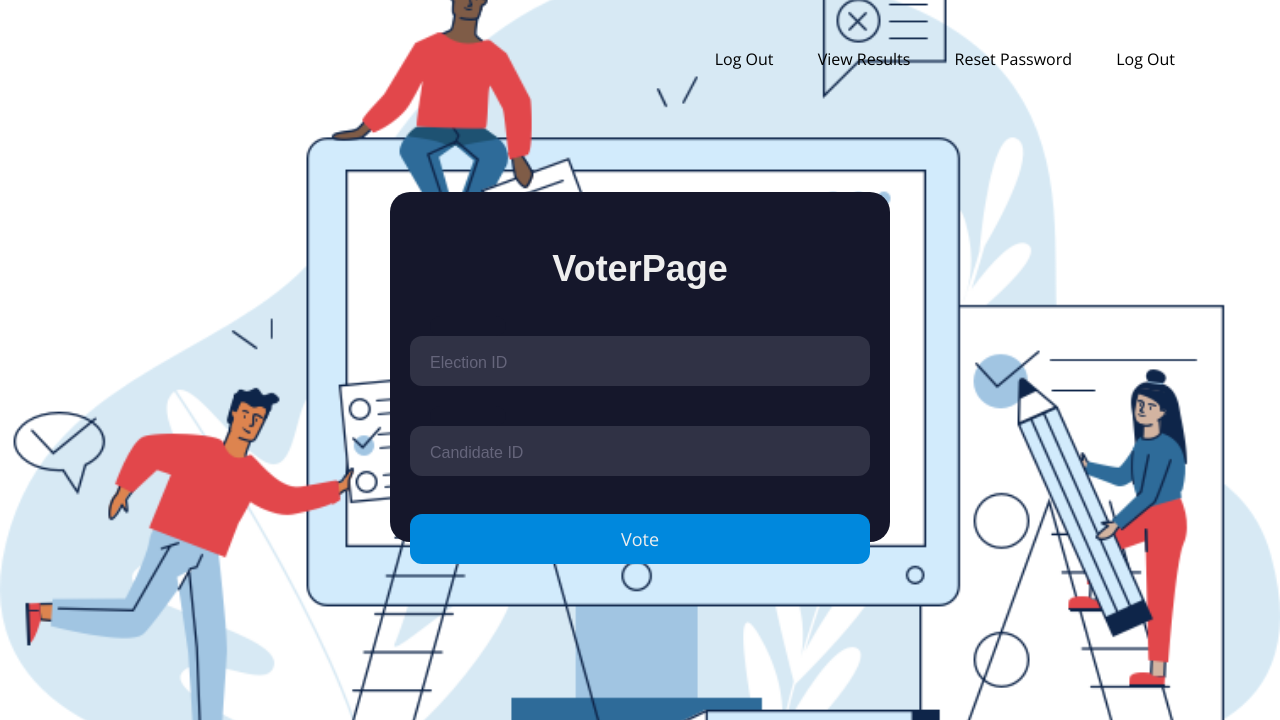
Repository: CS699-IITB-Autumn-2021/project-alpha_team
Page: IVote/templates/Voting.html
An editor plug-in stored every save of this project. The page is shown before and after the next save, followed by the edit.
The browser window is 1280 px wide. The pictures show the whole page.

Above is the page before, as saved 2021-10-26 18:02:28.

After the next save:
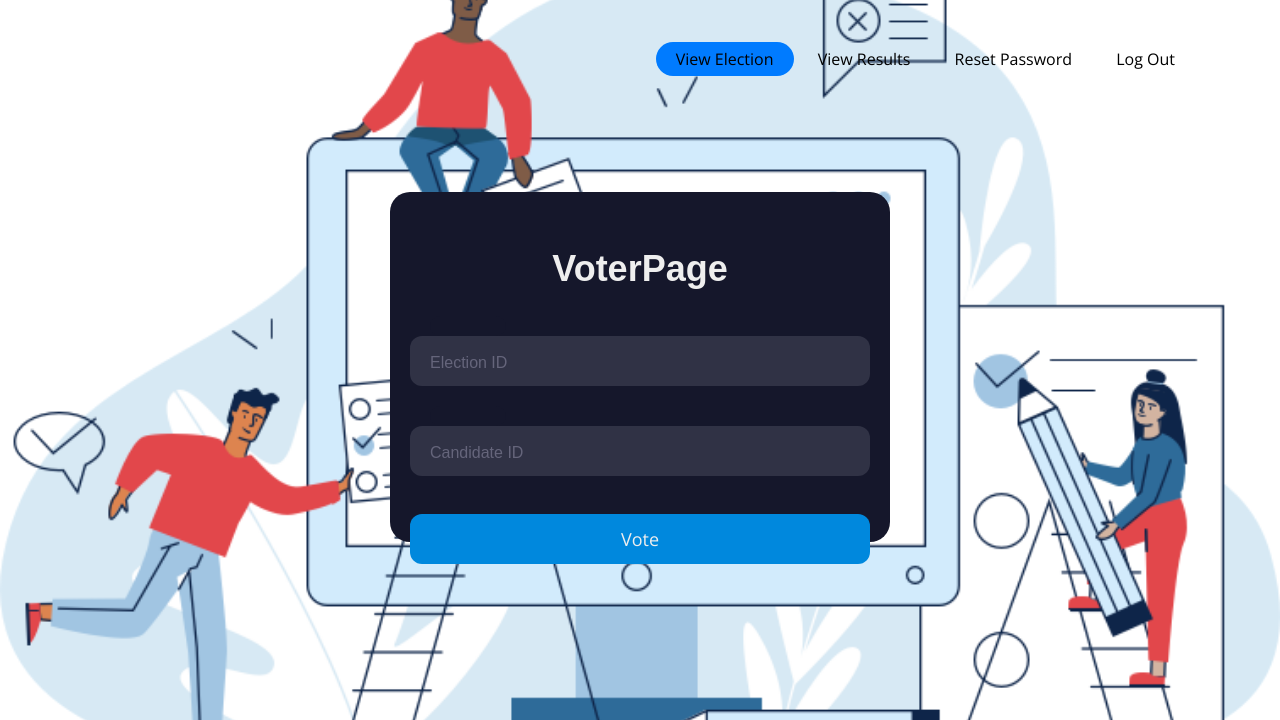
Saved 50 s later.
--- a/IVote/templates/Voting.html
+++ b/IVote/templates/Voting.html
@@ -45,7 +45,7 @@
           <nav class="site-navigation position-relative text-right" role="navigation">
 
             <ul class="site-menu js-clone-nav mr-auto d-none d-lg-block">
-              <li><a href="/logout"><span>Log Out</span></a></li>
+              <li class="active"><a href="voter.html"><span>View Election</span></a></li>
               <li><a href="voterresult.html"><span>View Results</span></a></li>
               <li><a href="forgotPassword.html"><span>Reset Password</span></a></li>
               <li><a href="/logout"><span>Log Out</span></a></li>
